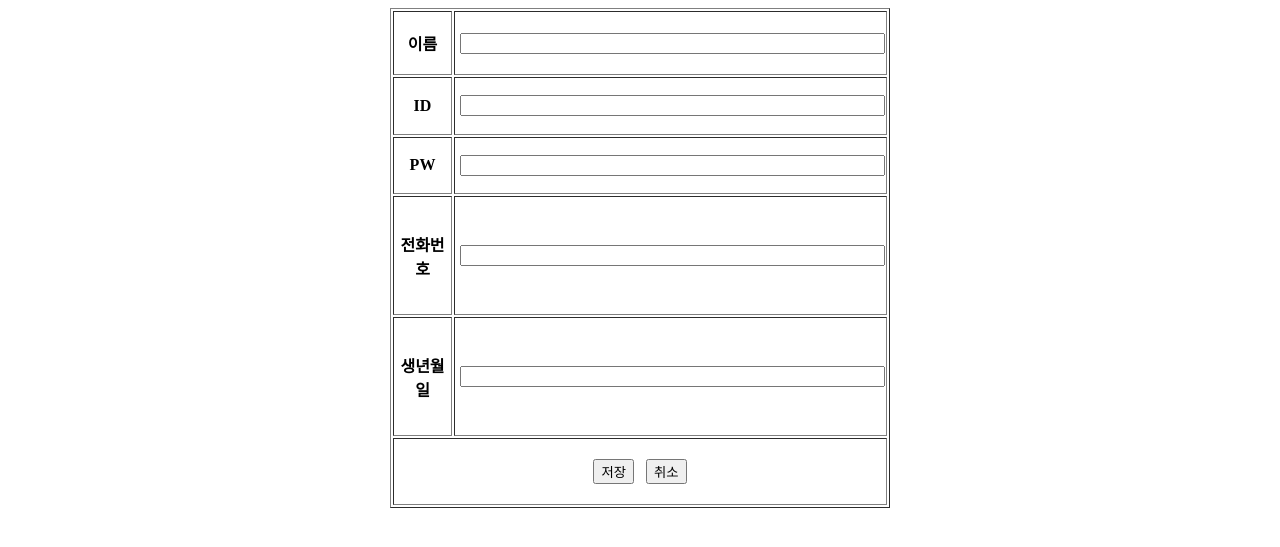
Repository: kwonminsung0/jspStudy
Page: jspStudy/src/main/webapp/join/join.html
These files come from the project's save history. The page is drawn as it stood at one moment and after the next save; the edit follows.
The browser window is 1280 px wide. The pictures show the whole page.

Above is the page before, as saved 2024-12-03 08:50:19.

### jspStudy/src/main/webapp/join/join.html
<!DOCTYPE html>
<html>
<head>
<meta charset="UTF-8">
<meta name="viewport" content="width=device-width, initial-scale=1.0">
<title>회원가입하기</title>
</head>
<body>
	<form method="post" action="/jspStudy/visitInsert">
		<table align="center" width="500" height="500" border="1">
			<tr>
				<th width="100%">이름</th>
				<td width="430">&nbsp;<input type="text" name="writer"
					size="50">
				</td>
			</tr>
			<tr>
				<th width="70">ID</th>
				<td width="430">&nbsp;<input type="text" name="writer"
					size="50">
				</td>
			</tr>
			<tr>
				<th width="70">PW</th>
				<td width="430">&nbsp;<input type="text" name="writer"
					size="50">
				</td>
			</tr>
			<tr>
				<th width="70">전화번호</th>
				<td width="430">&nbsp;<input type="text" name="writer"
					size="50">
				</td>
			</tr>
			<tr>
				<th width="70">생년월일</th>
				<td width="430">&nbsp;<input type="text" name="writer"
					size="50">
				</td>
			</tr>
			<tr>
				<td colspan="2" align="center"><input type="submit" value="저장">&nbsp;&nbsp;
					<input type="reset" value="취소"></td>
			</tr>
		</table>
	</form>
</body>
</html>

After the next save:
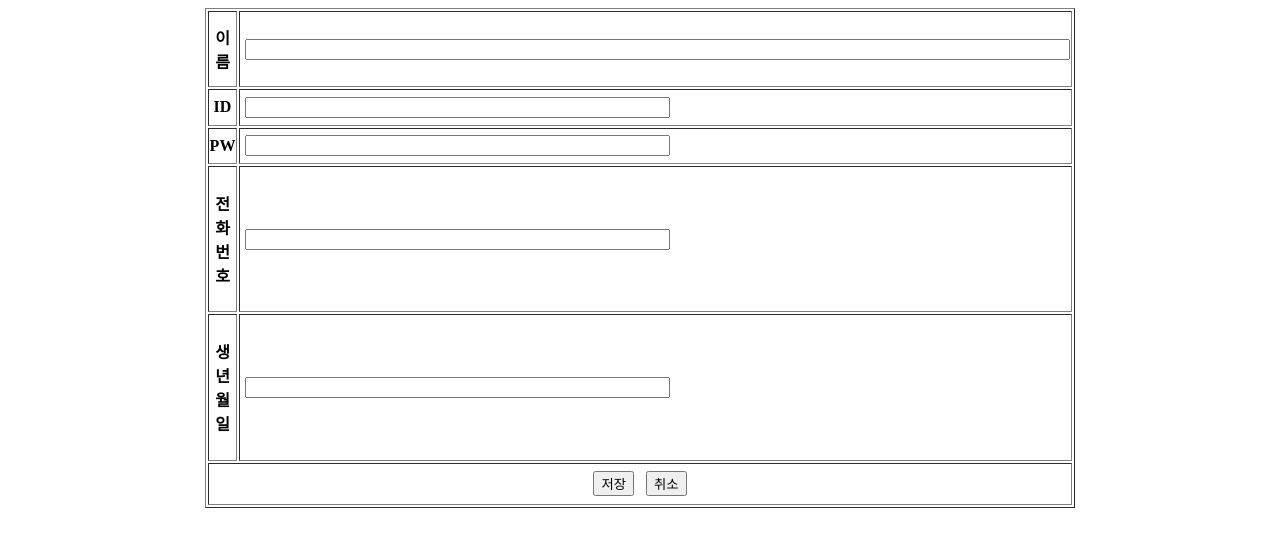
Saved 20 s later.
--- a/jspStudy/src/main/webapp/join/join.html
+++ b/jspStudy/src/main/webapp/join/join.html
@@ -9,9 +9,9 @@
 	<form method="post" action="/jspStudy/visitInsert">
 		<table align="center" width="500" height="500" border="1">
 			<tr>
-				<th width="100%">이름</th>
+				<th width="70">이름</th>
 				<td width="430">&nbsp;<input type="text" name="writer"
-					size="50">
+					size="100">
 				</td>
 			</tr>
 			<tr>
